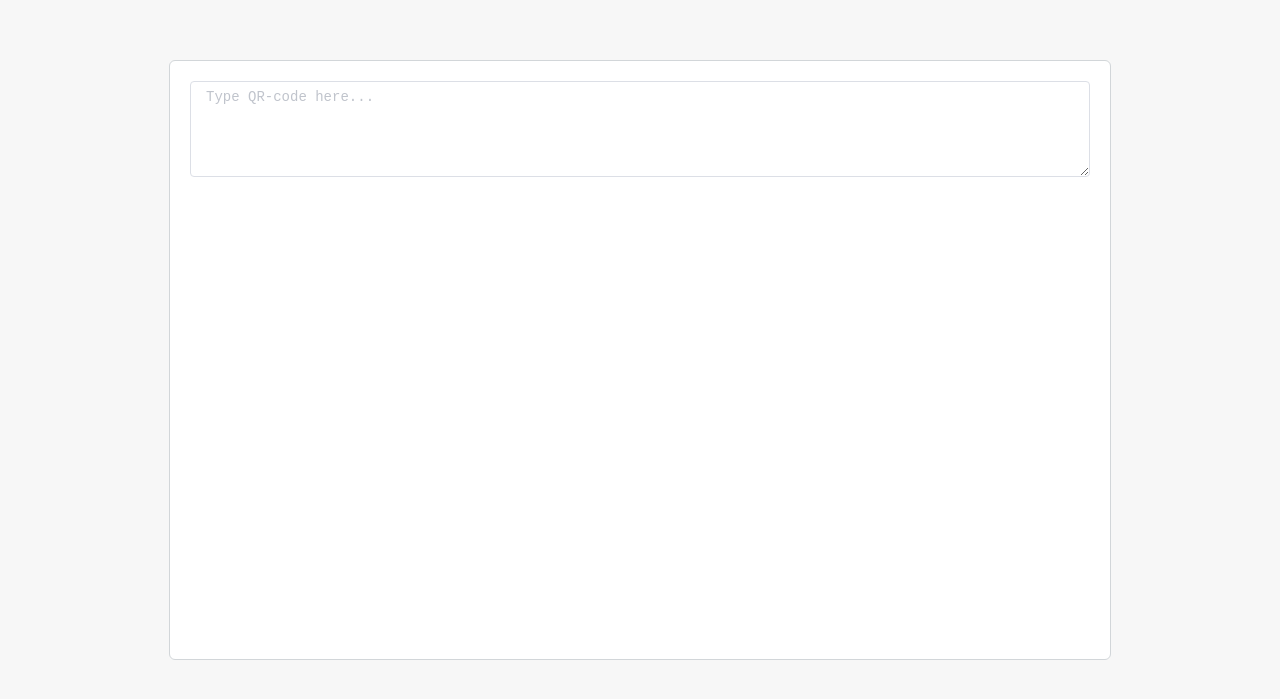
Repository: dvasyliev/qrcode_parser
Page: /
The author's editor kept a copy of each file at every save. The page is drawn from the files as they stood at one save, then again after the next save.
The browser window is 1280 px wide. The pictures show the whole page.
The project was rebuilt for these pictures with package versions that can differ from the ones it lists, and the page was loaded fresh each time.

Above is the page before, as saved 2018-08-26 10:12:04.

After the next save:
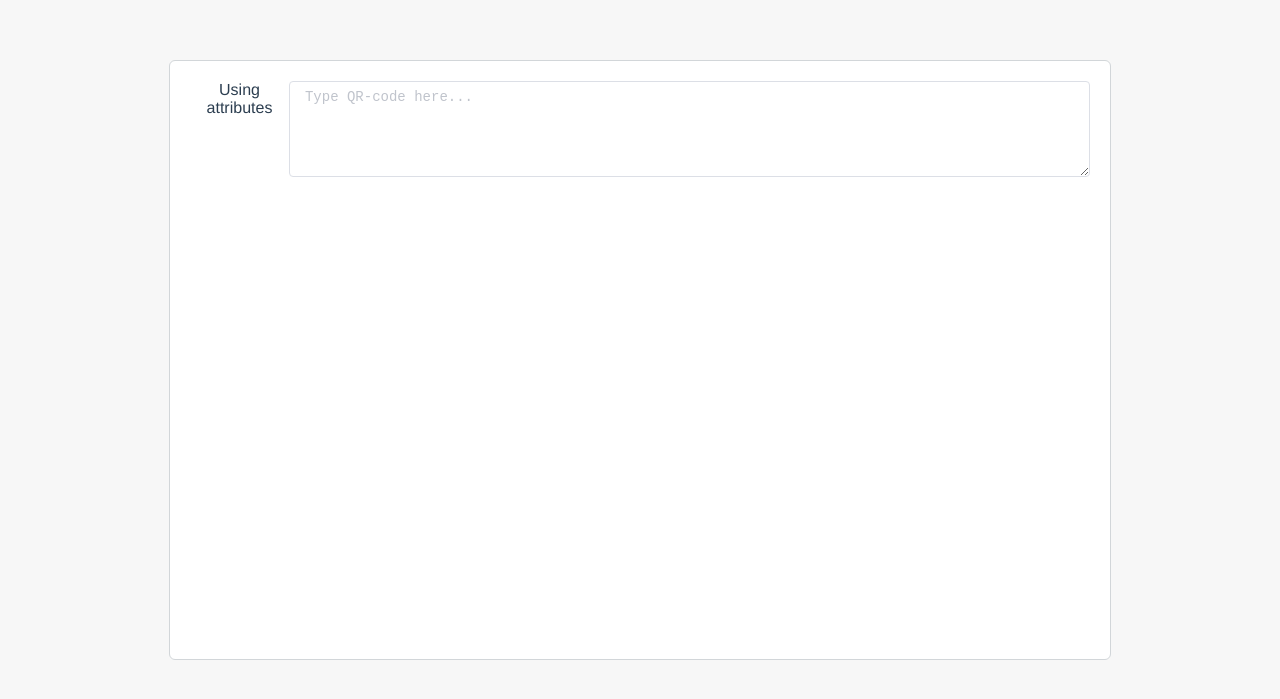
Saved 41 s later.
--- a/src/App.vue
+++ b/src/App.vue
@@ -2,6 +2,7 @@
   <div id="app">
     <div class="page">
       <div class="page__inner">
+        <span class="demo-input-label">Using attributes</span>
         <el-input
           v-model="qrcode"
           type="textarea"
